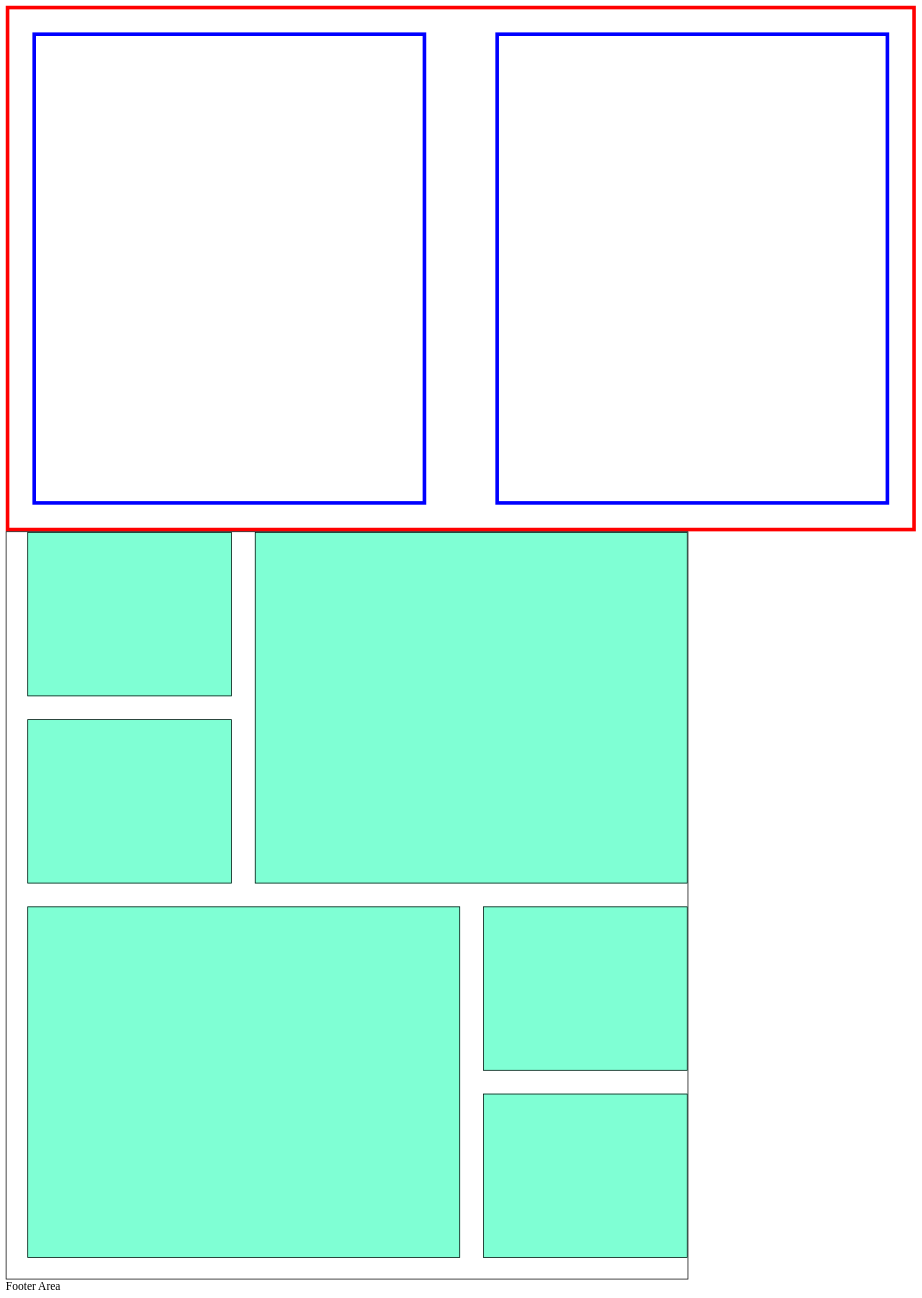
Repository: BwesewB/Brutalist-Website
Page: /
These files come from the project's save history. The page is drawn as it stood at one moment and after the next save; the edit follows.
The browser window is 1280 px wide. The pictures show the whole page, at 72% of full size.
The project was rebuilt for these pictures with package versions that can differ from the ones it lists, and the page was loaded fresh each time. The framework's server and built-in components were replaced by stand-ins that run in the browser. Also part of the build but not shown: next.config.mjs.

Above is the page before, as saved 2024-02-03 17:15:11.

After the next save:
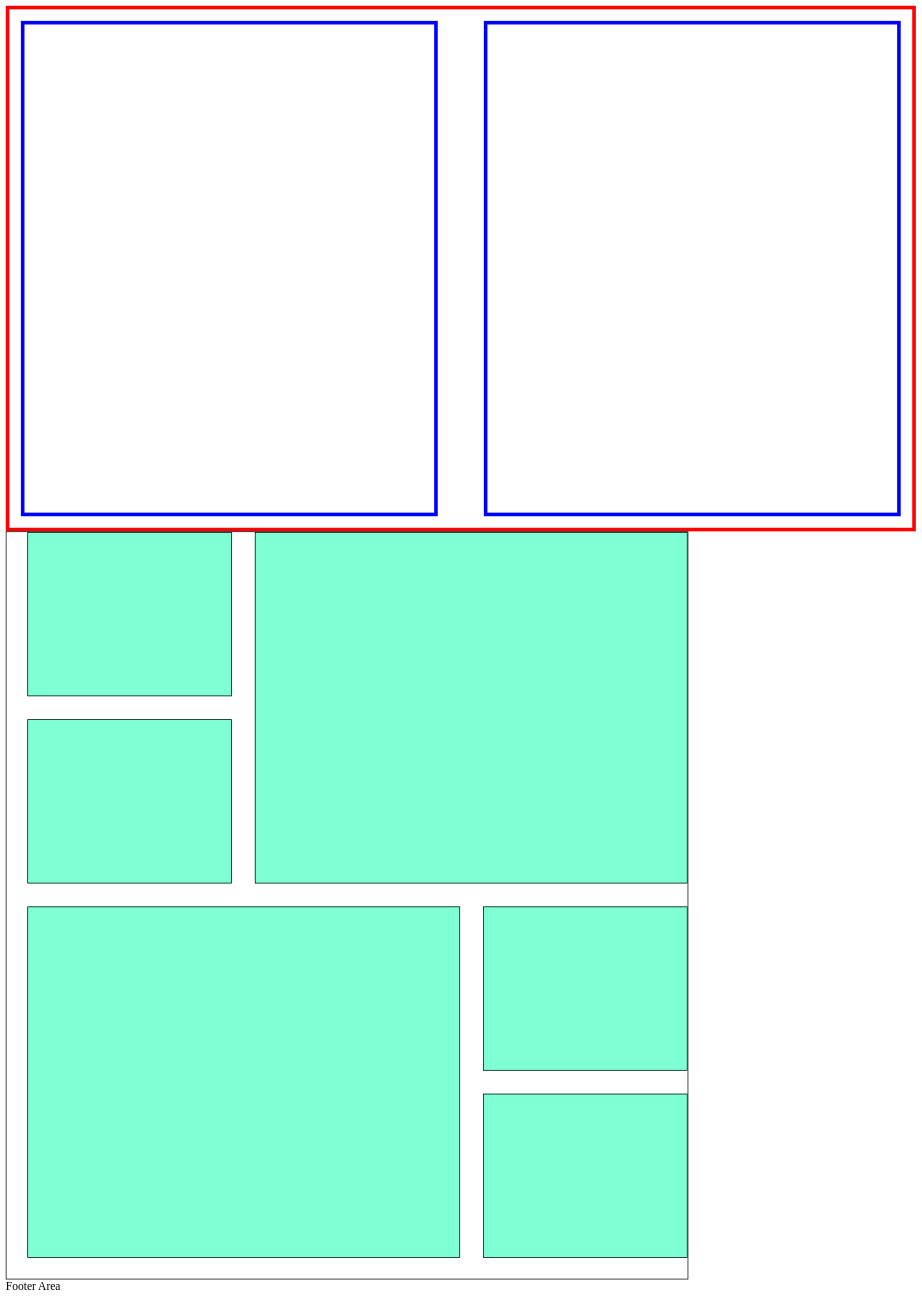
Saved 18 s later.
--- a/styles/Home.module.css
+++ b/styles/Home.module.css
@@ -26,7 +26,7 @@
 }
 .graphic, .inputArea{
   border: 5px solid blue;
-  margin:2rem;
+  margin:1em;
 }
 .graphic{
   grid-column: 1/2;
